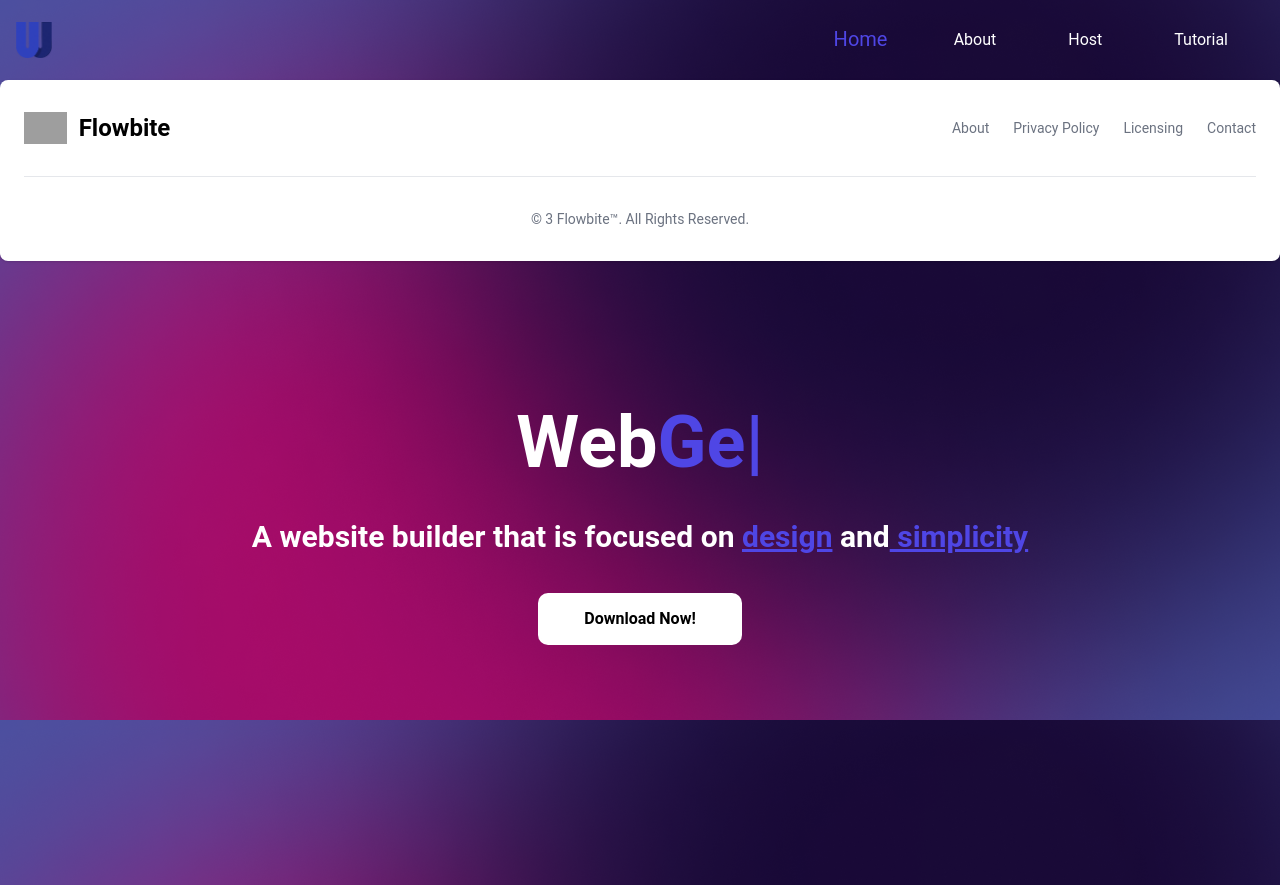
Repository: falkon2/WebGeny
Page: /
An editor plug-in stored every save of this project. The page is shown before and after the next save, followed by the edit.
The browser window is 1280 px wide. The pictures show the whole page.
Pictures or frames that could not be fetched are drawn as grey boxes. Backgrounds fixed to the window are drawn as part of the page. The project was rebuilt for these pictures with package versions that can differ from the ones it lists, and the page was loaded fresh each time.

Above is the page before, as saved 2023-03-12 10:28:18.

After the next save:
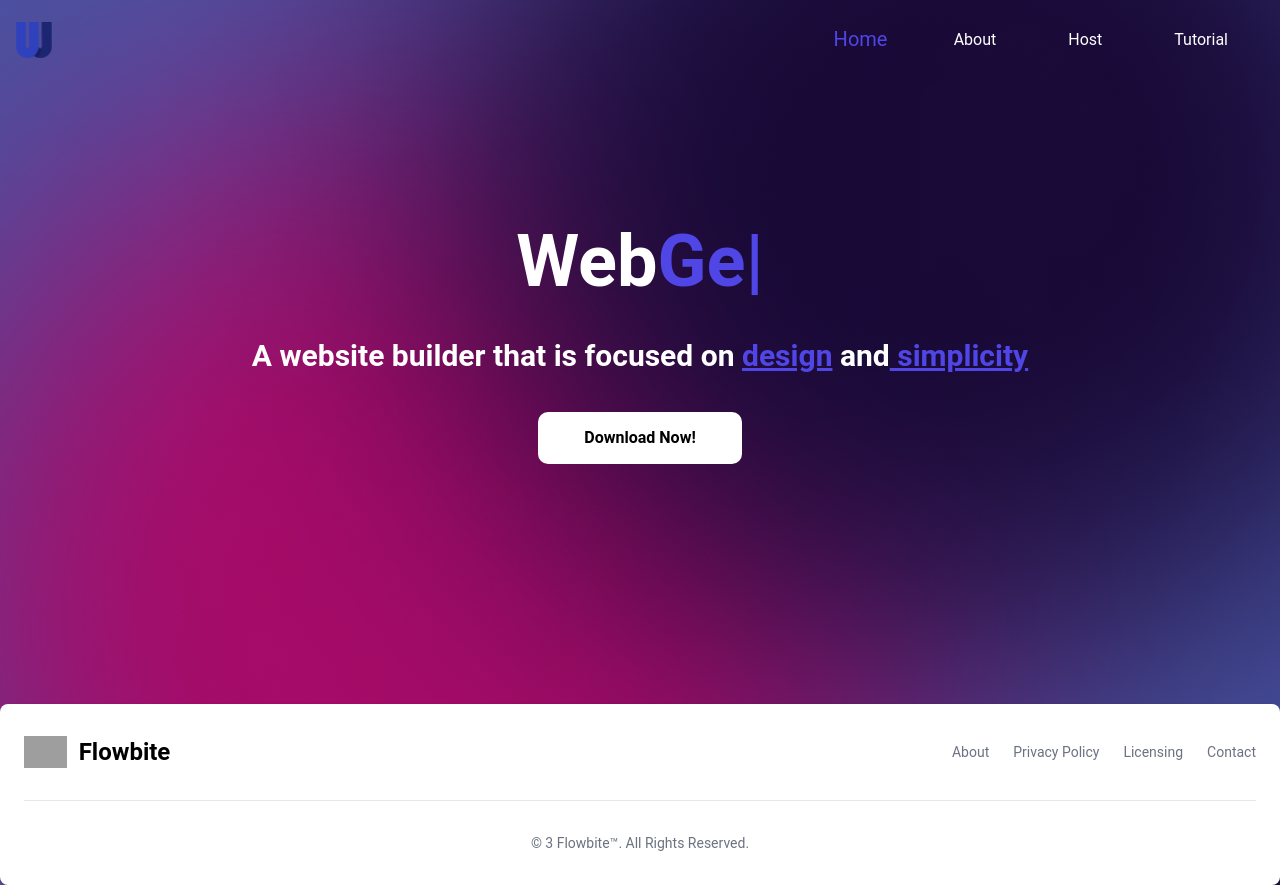
Saved 24 s later.
--- a/src/pages/Application.jsx
+++ b/src/pages/Application.jsx
@@ -278,8 +278,8 @@
     <div>
       {NavBar()}
       {Feedback()}
+      {getContent()}
       {Footer()}
-      {getContent()}
     </div>
   );
 }

After the 6 saves that followed:
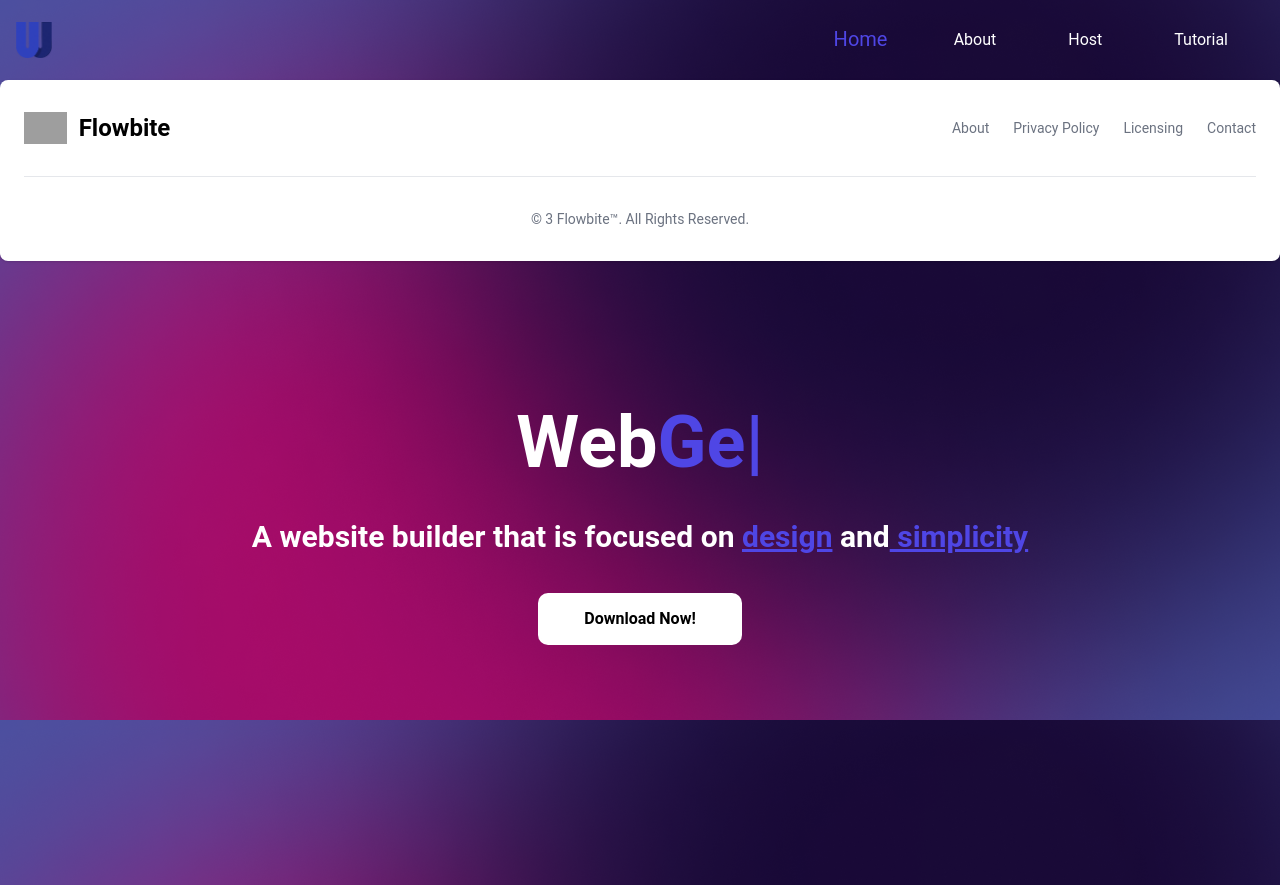
The 6 saves are shown as one change because 5 left the picture as it was.
The last was saved 7 min 47 s later.
--- a/src/pages/Application.jsx
+++ b/src/pages/Application.jsx
@@ -22,7 +22,7 @@
       case "content1":
         return (
 
-          <div className="text-white font-poppins">
+          <div className="text-white font-poppins overflow-hidden">
           <div
             id="index"
             className="index max-w-[800px] mt-[-96px] w-full h-screen mx-auto text-center flex flex-col justify-center"
@@ -246,8 +246,8 @@
   }
 
   const Footer = () => {
-    return(<div className=''>
-      <footer className="p-4 bg-white block rounded-lg shadow md:px-6 md:py-8 dark:bg-gray-900">
+    return(
+      <footer className="p-4 bg-white block rounded-lg shadow md:px-6 md:py-8 dark:bg-gray-900 inset-x-0 bottom-0">
     <div className="sm:flex sm:items-center sm:justify-between">
         <a href="https://flowbite.com/" className="flex items-center mb-4 sm:mb-0">
             <img src="https://flowbite.com/docs/images/logo.svg" className="h-8 mr-3" alt="Flowbite Logo" />
@@ -271,15 +271,15 @@
     <hr className="my-6 border-gray-200 sm:mx-auto dark:border-gray-700 lg:my-8" />
     <span className="block text-sm text-gray-500 sm:text-center dark:text-gray-400">© 3 <a href="https://flowbite.com/" className="hover:underline">Flowbite™</a>. All Rights Reserved.
     </span>
-</footer></div>
+</footer>
     )
   }
   return(
     <div>
       {NavBar()}
-      {Feedback()}
+      {Footer()}
       {getContent()}
-      {Footer()}
+
     </div>
   );
 }
